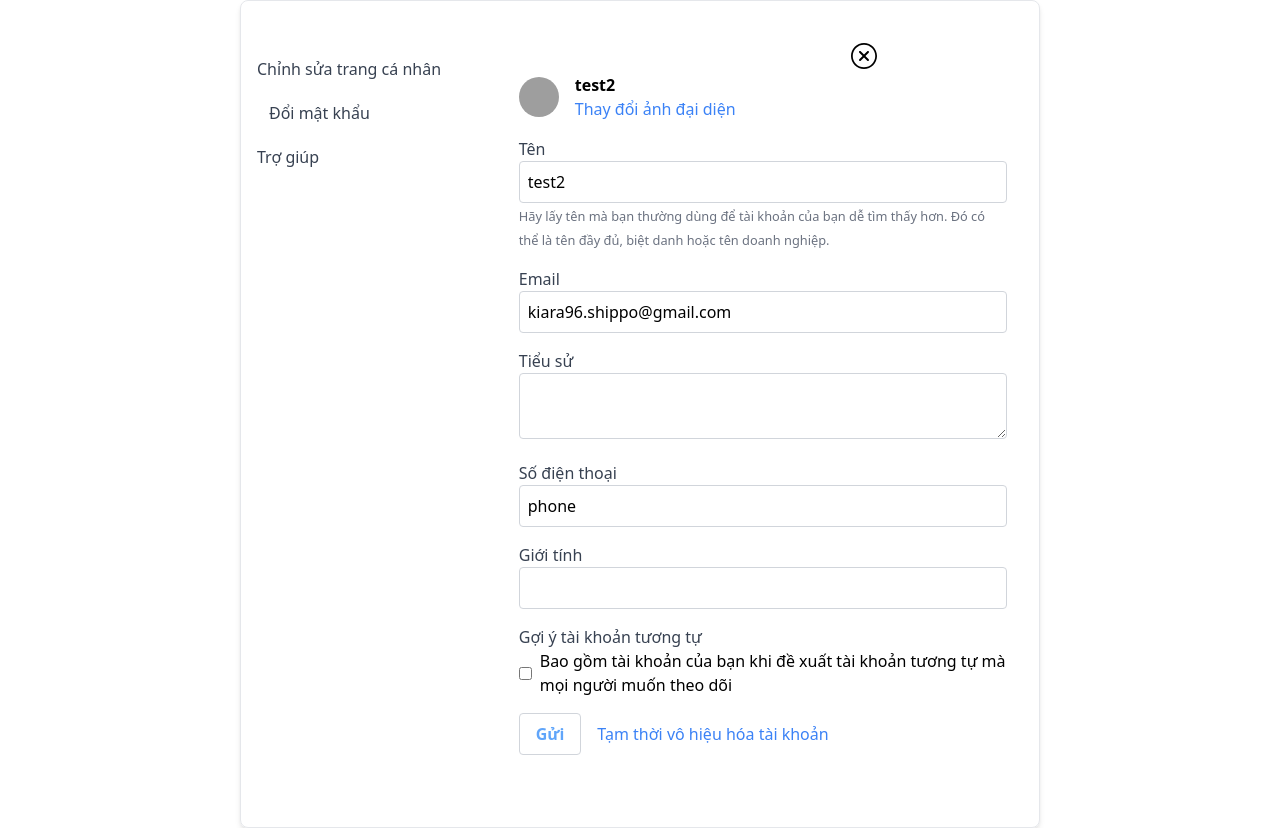
Repository: DangNgocDuong250903/2425_CS445AC_NHOM1
Page: /update_user (app in social_fe/)
The author's editor kept a copy of each file at every save. The page is drawn from the files as they stood at one save, then again after the next save.
The browser window is 1280 px wide. The pictures show the whole page.
Pictures or frames that could not be fetched are drawn as grey boxes. The project was rebuilt for these pictures with package versions that can differ from the ones it lists, and the page was loaded fresh each time. Also part of the build but not shown: social_fe/vite.config.js, social_fe/src/components/Button/index.jsx, social_fe/src/assets/index.js, social_fe/src/components/FriendCard/index.jsx, social_fe/src/components/Loading/index.jsx, social_fe/src/components/PostCard/index.jsx, social_fe/src/components/ProfileCard/index.jsx, social_fe/src/components/TextInput/index.jsx and 8 more.

Above is the page before, as saved 2024-11-05 11:10:48.

### social_fe/index.html
<!DOCTYPE html>
<html lang="en">
  <head>
    <meta charset="UTF-8" />
    <link rel="icon" type="image/svg+xml" href="/public/logo.svg" />
    <meta name="viewport" content="width=device-width, initial-scale=1.0" />
    <title>LinkVerse</title>
  </head>
  <body>
    <div id="root"></div>
    <script type="module" src="/src/main.jsx"></script>
  </body>
</html>

### social_fe/src/main.jsx
import { StrictMode } from "react";
import { createRoot } from "react-dom/client";
import App from "./App.jsx";
import "./index.css";
import { store } from "./redux/store.js";
import { Provider } from "react-redux";
import { BrowserRouter } from "react-router-dom";

createRoot(document.getElementById("root")).render(
  <StrictMode>
    <Provider store={store}>
      <BrowserRouter>
        <App />
      </BrowserRouter>
    </Provider>
  </StrictMode>,
);

### social_fe/src/App.jsx
import { Outlet, Navigate, Route, Routes, useLocation } from "react-router-dom";
import {
  Home,
  Profile,
  Register,
  Login,
  ResetPassword,
  NotFound,
} from "./pages";
import { useSelector } from "react-redux";
import UpdateUser from "./pages/ProfilePage/updateUser";

const Layout = () => {
  const { user } = useSelector((state) => state.user);
  const location = useLocation();

  return user?.token ? (
    <Outlet />
  ) : (
    <Navigate to="/login" state={{ from: location }} replace />
  );
};

function App() {
  const { theme } = useSelector((state) => state.theme);

  return (
    <div data-theme={theme} className="w-full min-h-[100vh]">
      <Routes>
        <Route element={<Layout />}>
          <Route path="/" element={<Home />} />
          <Route path="/profile" element={<Profile />} />
          <Route path="/update_user" element={<UpdateUser />} />


        </Route>

        <Route path="/register" element={<Register />} />
        <Route path="/login" element={<Login />} />
        <Route path="/reset-password" element={<ResetPassword />} />
        <Route path="*" element={<NotFound />} />
      </Routes>
    </div >
  );
}

export default App;

### social_fe/src/index.css
@tailwind base;
@tailwind components;
@tailwind utilities;

::-webkit-scrollbar {
    display: none;
     -ms-overflow-style: none;  /* IE and Edge */
    scrollbar-width: none;
  }

  .topbar{
  position: sticky;
  top: 0px;
  z-index: 49;
  }


  .dots-container {
    display: flex;
    align-items: center;
    justify-content: center;
    height: 100%;
    width: 100%;
    margin-bottom: 5px;
  }

  .dot {
    height: 12px;
    width: 12px;
    margin-right: 10px;
    border-radius: 10px;
    background-color: #fff;
    animation: pulse 1.5s infinite ease-in-out;
  }

  .dot:last-child {
    margin-right: 0;
  }

  .dot:nth-child(1) {
    animation-delay: -0.3s;
  }

  .dot:nth-child(2) {
    animation-delay: -0.1s;
  }

  .dot:nth-child(3) {
    animation-delay: 0.1s;
  }

  @keyframes pulse {
    0% {
      transform: scale(0.8);
      background-color: #b3d4fc;
      box-shadow: 0 0 0 0 rgba(178, 212, 252, 0.7);
    }

    50% {
      transform: scale(1.2);
      background-color: #4b79e4;
      box-shadow: 0 0 0 10px rgba(178, 212, 252, 0);
    }

    100% {
      transform: scale(0.8);
      background-color: #2584f8;
      box-shadow: 0 0 0 0 rgba(178, 212, 252, 0.7);
    }
  }

  @layer base {
    :root {
      --color-bg: 227 227 227;
      --color-primary: 255 255 255;
      --color-secondary:255 255 255;
      --color-ascent1: 0 0 0;
      --color-ascent2: 89 91 100;
      --color-blue: 6 90 216;
      --color-white: 255 255 255;

    }
    /* //15 23 42  21 30 49*/
    [data-theme="dark"] {
       --color-bg: 12 12 12;
       --color-primary: 31 31 31;
      --color-secondary: 47 45 48;
      --color-ascent1: 255 255 255;
      --color-ascent2: 164 161 162;
      --color-blue: 6 90 216;
      /* //16 176 255; */
      --color-white: 255 255 255;
    }
  }

### social_fe/src/redux/store.js
import { configureStore } from "@reduxjs/toolkit";

import { rootReducer } from "./reducer";

const store = configureStore({
  reducer: rootReducer,
});

const { dispatch } = store;

export { store, dispatch };

### social_fe/src/pages/index.js
import Home from "./HomePage";
import Login from "./LoginPage";
import NotFound from "./NotFoundPage";
import Profile from "./ProfilePage";
import Register from "./RegisterPage";
import ResetPassword from "./ResetPasswordPage";

export { Home, Login, NotFound, Profile, Register, ResetPassword };

### social_fe/src/pages/ProfilePage/updateUser.jsx
import React, { useState } from 'react';
import { Link, useNavigate } from 'react-router-dom';
import { IoIosCloseCircleOutline } from "react-icons/io";

const UpdateUser = () => {
    const [selectedLink, setSelectedLink] = useState(null);
    const navigate = useNavigate()
    const handleLinkClick = (linkIndex) => {
        setSelectedLink(linkIndex);
    };
    return (
        <div className="flex w-[800px] mx-auto pt-10 pb-10 border border-gray-200 shadow-md rounded-lg ">
            <IoIosCloseCircleOutline onClick={() => navigate("/")} className="absolute w-8 h-8 cursor-pointer top-10 right-[400px] hover:text-red-400 " />
            <div className="w-1/3 p-4 bg-white rounded-md ">
                <ul className="flex flex-col ">

                    <Link

                        onClick={() => handleLinkClick(1)}
                        className={`mb-4 font-medium hover:bg-gray-200 ${selectedLink === 1 ? 'text-blue-500' : 'text-gray-700'}`}
                    >
                        Chỉnh sửa trang cá nhân
                    </Link>


                    <Link

                        onClick={() => handleLinkClick(2)}
                        className={`mb-4 font-medium hover:bg-gray-200 px-3 py-1 ${selectedLink === 2 ? 'text-blue-500' : 'text-gray-700'}`}
                    >
                        Đổi mật khẩu
                    </Link>


                    <Link

                        onClick={() => handleLinkClick(3)}
                        className={`mb-4 font-medium hover:bg-gray-200 ${selectedLink === 3 ? 'text-blue-500' : 'text-gray-700'}`}
                    >
                        Trợ giúp
                    </Link>
                </ul>
            </div>
            <div className="w-3/4 p-8">
                <div className="flex items-center mb-4">
                    <img src="https://mighty.tools/mockmind-api/content/human/5.jpg" alt="User avatar" className="w-10 h-10 mr-4 rounded-full" />
                    <div>
                        <div className="font-bold">test2</div>
                        <a href="#" className="text-blue-500">Thay đổi ảnh đại diện</a>
                    </div>
                </div>
                <form>
                    <div className="mb-4">
                        <label className="block text-gray-700">Tên</label>
                        <input type="text" value="test2" className="w-full p-2 border border-gray-300 rounded" />
                        <small className="text-gray-500">Hãy lấy tên mà bạn thường dùng để tài khoản của bạn dễ tìm thấy hơn. Đó có thể là tên đầy đủ, biệt danh hoặc tên doanh nghiệp.</small>
                    </div>
                    <div className="mb-4">
                        <label className="block text-gray-700">Email</label>
                        <input type="email" value="kiara96.shippo@gmail.com" className="w-full p-2 border border-gray-300 rounded" />
                    </div>
                    <div className="mb-4">
                        <label className="block text-gray-700">Tiểu sử</label>
                        <textarea className="w-full p-2 border border-gray-300 rounded"></textarea>
                    </div>
                    <div className="mb-4">
                        <label className="block text-gray-700">Số điện thoại</label>
                        <input type="text" value="phone" className="w-full p-2 border border-gray-300 rounded" />
                    </div>
                    <div className="mb-4">
                        <label className="block text-gray-700">Giới tính</label>
                        <input type="text" className="w-full p-2 border border-gray-300 rounded" />
                    </div>
                    <div className="mb-4">
                        <label className="block text-gray-700">Gợi ý tài khoản tương tự</label>
                        <div className="flex items-center">
                            <input type="checkbox" className="mr-2" />
                            <span>Bao gồm tài khoản của bạn khi đề xuất tài khoản tương tự mà mọi người muốn theo dõi</span>
                        </div>
                    </div>
                    <div className="flex items-center">
                        <button type="submit" className="px-4 py-2 mr-4 font-semibold text-blue-400 bg-transparent border border-gray-300 rounded hover:text-white hover:bg-blue-400">Gửi</button>
                        <button type="button" className="text-blue-500">Tạm thời vô hiệu hóa tài khoản</button>
                    </div>
                </form>
            </div>
        </div>
    );
};

export default UpdateUser;

### social_fe/src/redux/reducer.js
import { combineReducers } from "@reduxjs/toolkit";

import postSlice from "./Slices/postSlice";
import themeSlice from "./Slices/theme";
import userSlice from "./Slices/userSlice";

const rootReducer = combineReducers({
  user: userSlice,
  theme: themeSlice,
  posts: postSlice,
});

export { rootReducer };

### social_fe/src/redux/Slices/postSlice.js
import { createSlice } from "@reduxjs/toolkit";

const initialState = {
  posts: {},
};

const postSlice = createSlice({
  name: "post",
  initialState,
  reducers: {
    getPosts(state, action) {
      state.posts = action.payload;
    },
  },
});

export default postSlice.reducer;

export function SetPosts(post) {
  return (dispatch) => {
    dispatch(postSlice.actions.getPosts(post));
  };
}

### social_fe/src/redux/Slices/theme.js
import { createSlice } from "@reduxjs/toolkit";

const initialState = {
  theme: JSON.parse(window?.localStorage.getItem("theme")) ?? "dark",
};

const themeSlice = createSlice({
  name: "theme",
  initialState,
  reducers: {
    setTheme(state, action) {
      state.theme = action.payload;
      localStorage.setItem("theme", JSON.stringify(action.payload));
    },
  },
});

export default themeSlice.reducer;

export function SetTheme(value) {
  return (dispatch) => {
    dispatch(themeSlice.actions.setTheme(value));
  };
}

### social_fe/src/redux/Slices/userSlice.js
import { createSlice } from "@reduxjs/toolkit";

import { user } from "../../assets/data";

const initialState = {
  user: JSON.parse(window?.localStorage.getItem("user")) ?? user,
  edit: false,
};

const userSlice = createSlice({
  name: "user",
  initialState,
  reducers: {
    login(state, action) {
      state.user = action.payload;
      localStorage.setItem("user", JSON.stringify(action.payload));
    },
    logout(state) {
      state.user = null;
      localStorage?.removeItem("user");
    },
    updateProfile(state, action) {
      state.edit = action.payload;
    },
  },
});
export default userSlice.reducer;

export function UserLogin(user) {
  return (dispatch) => {
    dispatch(userSlice.actions.login(user));
  };
}

export function Logout() {
  return (dispatch) => {
    dispatch(userSlice.actions.logout());
  };
}

export function UpdateProfile(val) {
  return (dispatch) => {
    dispatch(userSlice.actions.updateProfile(val));
  };
}

### social_fe/tailwind.config.js
/** @type {import('tailwindcss').Config} */
export default {
  content: [
    "./index.html",
    "./src/**/*.{js,ts,jsx,tsx}",
  ],
  theme: {
    extend: {
      colors: {
        bgColor: "rgb(var(--color-bg) / <alpha-value>)",
        primary: "rgb(var(--color-primary) / <alpha-value>)",
        secondary: "rgb(var(--color-secondary) / <alpha-value>)",
        customBlue: "rgb(var(--color-blue) / <alpha-value>)",
        white: "rgb(var(--color-white) / <alpha-value>)",
        ascent: {
          1: "rgb(var(--color-ascent1) / <alpha-value>)",
          2: "rgb(var(--color-ascent2) / <alpha-value>)",
        },
      },
      screens: {
        sm: "640px",

        md: "768px",

        lg: "1024px",

        xl: "1280px",

        "2xl": "1536px",
      },
      extend: {
      },
    },
    plugins: [],
  }
}

Loaded but not shown: social_fe/src/assets/data.js (508 lines, source omitted)

After the next save:
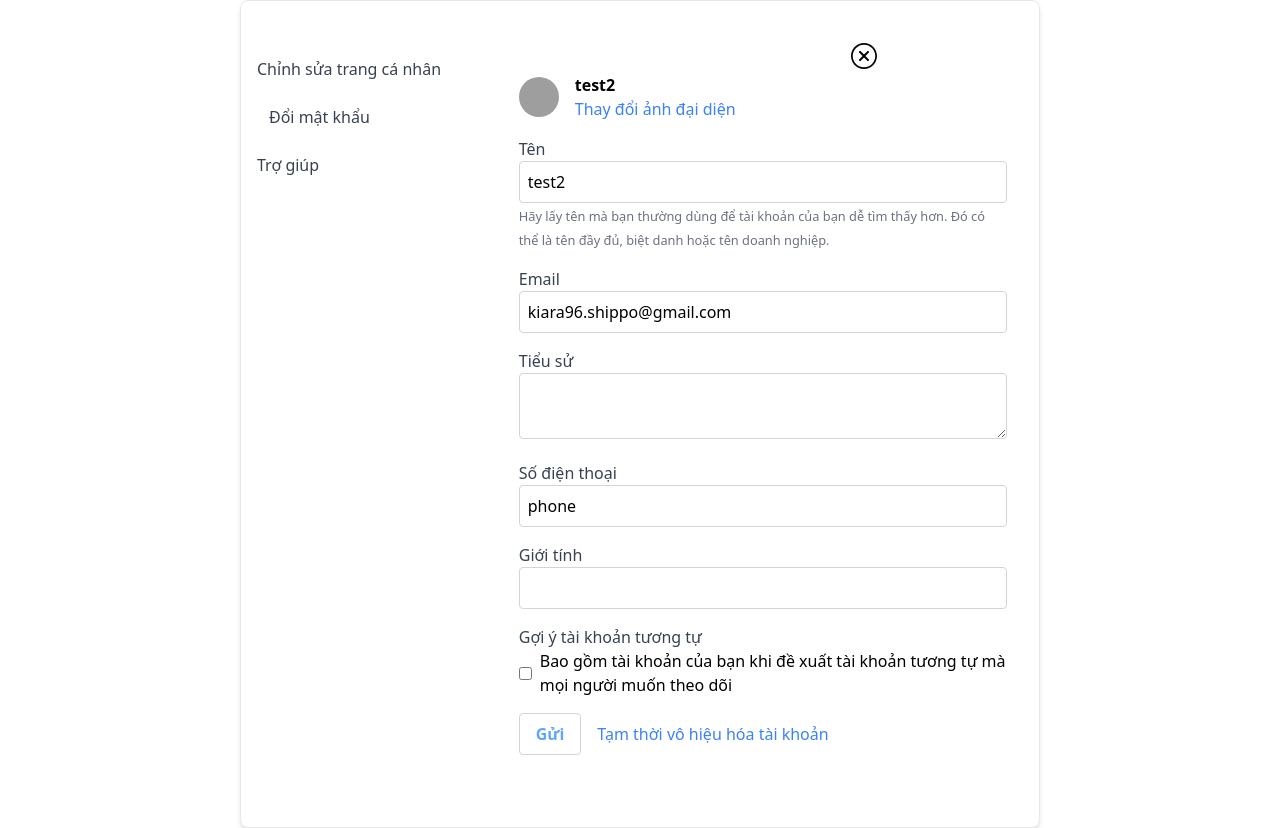
Saved 4 s later.
--- a/social_fe/src/pages/ProfilePage/updateUser.jsx
+++ b/social_fe/src/pages/ProfilePage/updateUser.jsx
@@ -26,7 +26,7 @@ const UpdateUser = () => {
                     <Link
 
                         onClick={() => handleLinkClick(2)}
-                        className={`mb-4 font-medium hover:bg-gray-200 px-3 py-1 ${selectedLink === 2 ? 'text-blue-500' : 'text-gray-700'}`}
+                        className={`mb-4 font-medium hover:bg-gray-200 px-3 py-2 ${selectedLink === 2 ? 'text-blue-500' : 'text-gray-700'}`}
                     >
                         Đổi mật khẩu
                     </Link>
